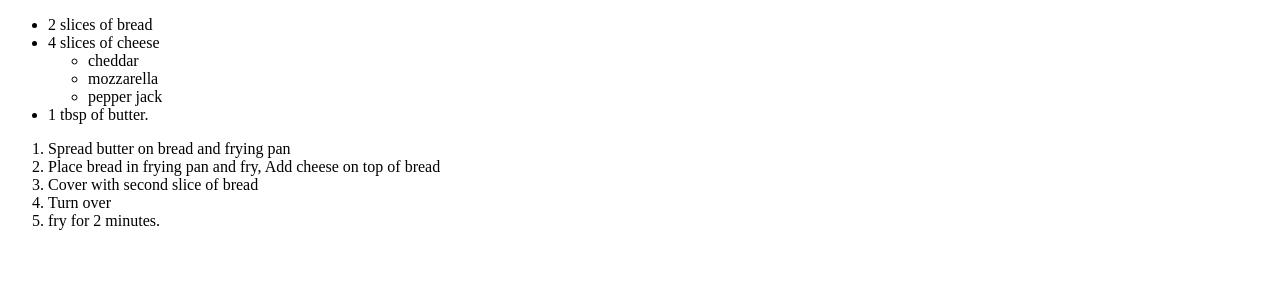
Repository: NthigaDenis/example-repository
Page: phase-0-html-lists-lab/index.html
An editor plug-in stored every save of this project. The page is shown before and after the next save, followed by the edit.
The browser window is 1280 px wide. The pictures show the whole page.

Above is the page before, as saved 2022-08-01 08:53:33.

### phase-0-html-lists-lab/index.html
<!DOCTYPE html>
<html lang="en">

<head>
  <title>Lists Lab</title>
</head>

<body>
  <ul>
    <li>2 slices of bread</li>
    <li> 4 slices of cheese

      <ul>
        <li>cheddar</li>
        <li>mozzarella</li>
        <li>pepper jack</li>


      </ul>
    </li>


    <li> 1 tbsp of butter.</li>
  </ul>
  <ol>
    <li>Spread butter on bread and frying pan</li>
    <li> Place bread in frying pan and fry, Add cheese on top of bread</li>
    <li>Cover with second slice of bread</li>
    <li> Turn over </li>
    <li>fry for 2 minutes.</li>
  </ol>
</body>

</html>

After the next save:
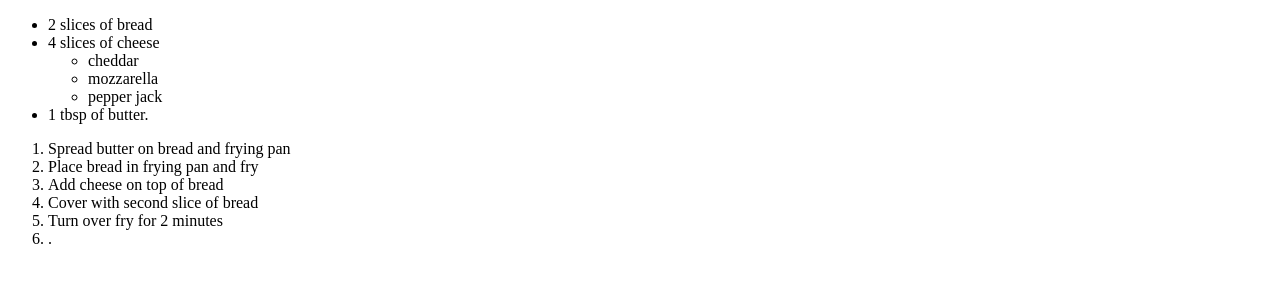
Saved 3 min 18 s later.
--- a/phase-0-html-lists-lab/index.html
+++ b/phase-0-html-lists-lab/index.html
@@ -24,10 +24,11 @@
   </ul>
   <ol>
     <li>Spread butter on bread and frying pan</li>
-    <li> Place bread in frying pan and fry, Add cheese on top of bread</li>
+    <li> Place bread in frying pan and fry</li>
+    <li>Add cheese on top of bread </li>
     <li>Cover with second slice of bread</li>
-    <li> Turn over </li>
-    <li>fry for 2 minutes.</li>
+    <li> Turn over fry for 2 minutes </li>
+    <li>.</li>
   </ol>
 </body>
 
